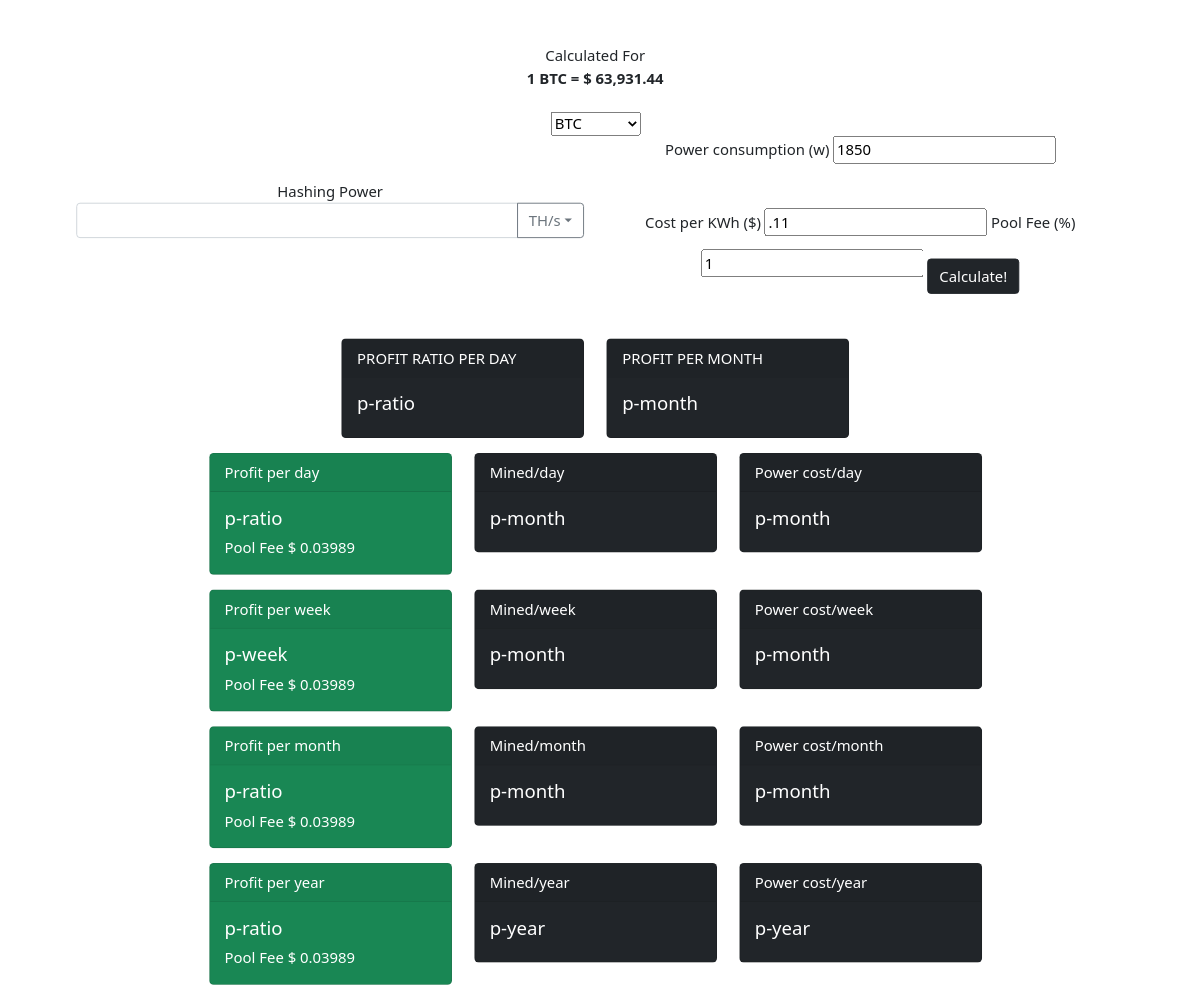
Repository: ibrkhalil/calculator
Page: index.html
These files come from the project's save history. The page is drawn as it stood at one moment and after the next save; the edit follows.
The browser window is 1280 px wide. The pictures show the whole page, at 93% of full size.
The page's requests for data from a server got no answer.

Above is the page before, as saved 2021-10-20 11:46:20.

After the next save:
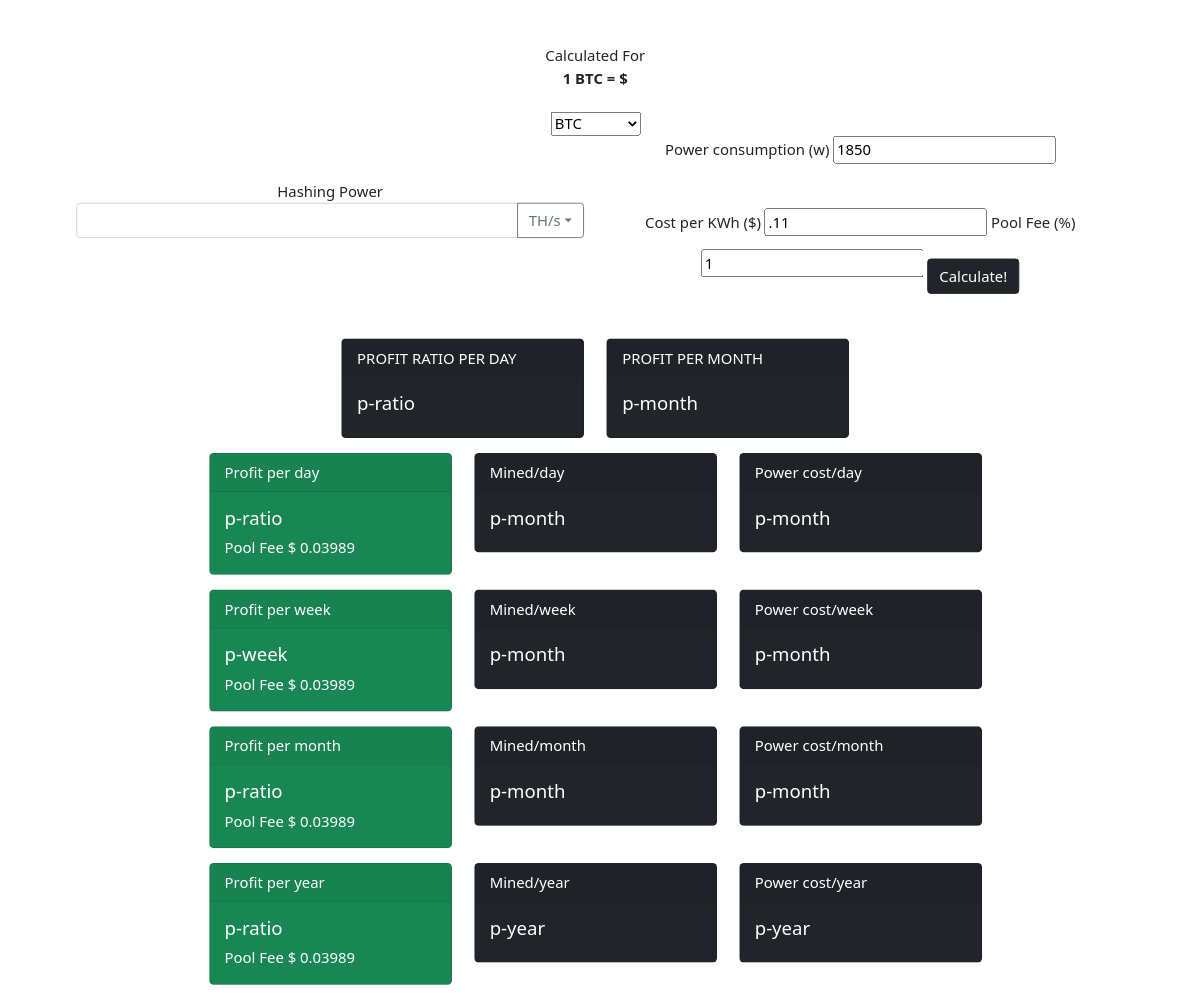
Saved 2 min 51 s later.
--- a/index.html
+++ b/index.html
@@ -19,7 +19,7 @@
                     <div class="col-md-12 mt-5">
                         <label class="" for="UNIT" class="UNIT">Calculated For</label>
                         <br>
-                        <strong name="UNIT">1 BTC = $ 63,931.44</strong>
+                        <strong name="UNIT">1 BTC = $ </strong>
                         <br>
                         <br>
                         <select name="Coins" id="coins">
